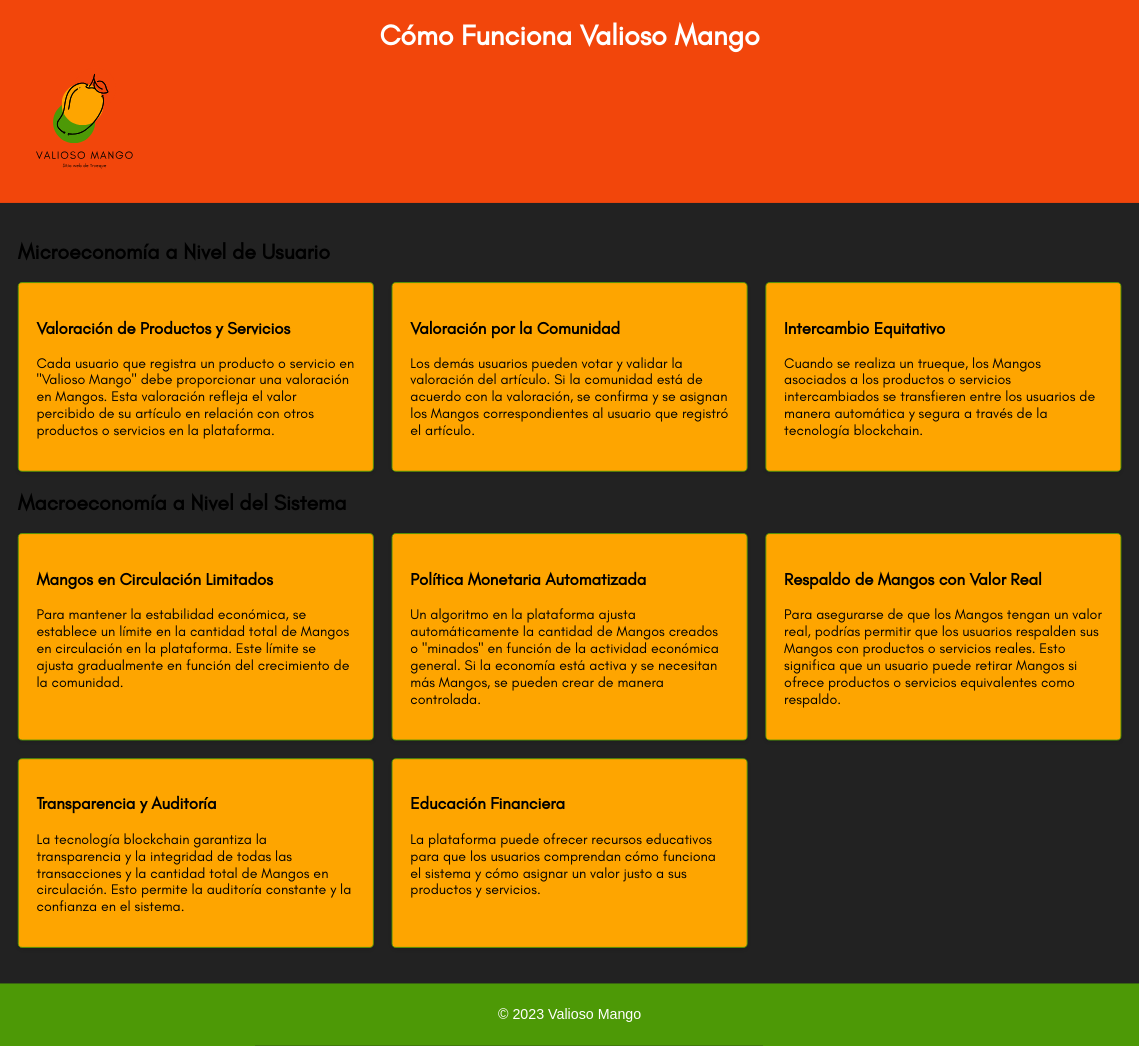
Repository: elba2612/comision23533_grupo20
Page: Pages/ComoFunciona.html
An editor plug-in stored every save of this project. The page is shown before and after the next save, followed by the edit.
The browser window is 1280 px wide. The pictures show the whole page, at 89% of full size.

Above is the page before, as saved 2023-10-20 12:12:13.

After the next save:
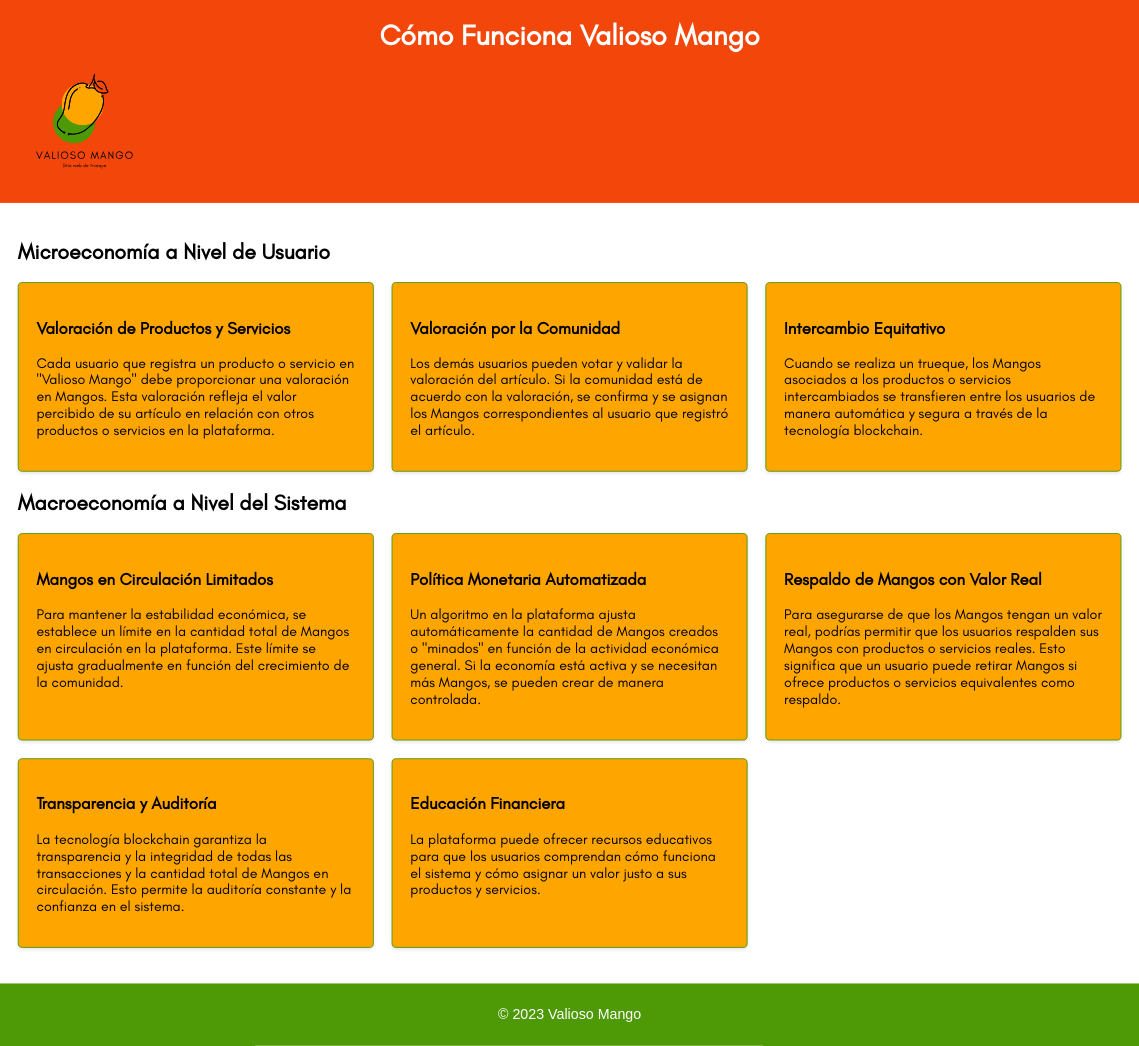
Saved 4 s later.
--- a/Estilos/estiloMango.css
+++ b/Estilos/estiloMango.css
@@ -2,8 +2,6 @@
     font-family: Arial, sans-serif;
     margin: 0;
     padding: 0;
-    background-color: #222;
-    color
 }
 
 header {
